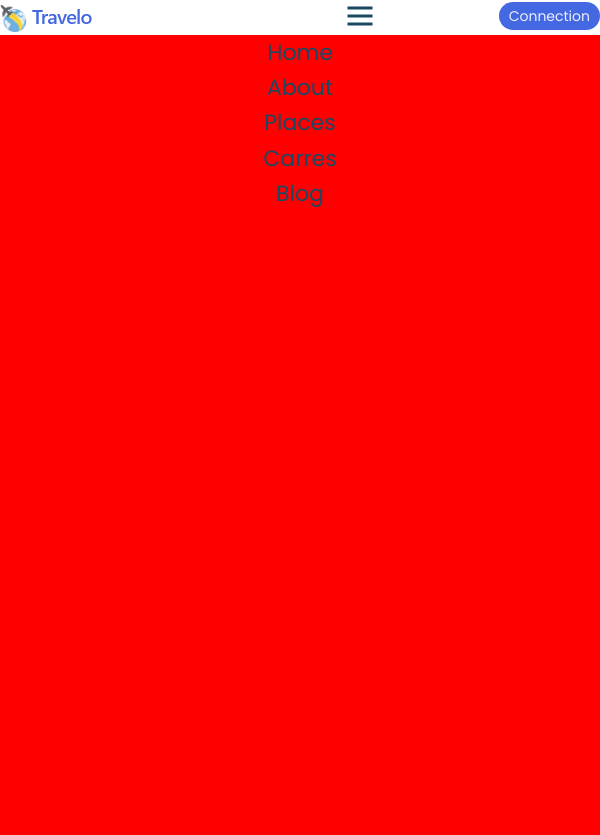
Repository: kuluong2000/travel
Page: index.html
These files come from the project's save history. The page is drawn as it stood at one moment and after the next save; the edit follows.
The browser window is 600 px wide. The pictures show the whole page.
The style sheet was rebuilt from its Sass, Less or Tailwind sources for each picture, by a compiler version that may differ from the author's.

Above is the page before, as saved 2021-09-03 22:29:44.

### index.html
<!DOCTYPE html>
<html lang="en">
  <head>
    <meta charset="UTF-8" />
    <meta http-equiv="X-UA-Compatible" content="IE=edge" />
    <meta name="viewport" content="width=device-width, initial-scale=1.0" />
    <link rel="stylesheet" href="./libs/css/bootstrap.min.css" />
    <link rel="stylesheet" href="./libs/css/animate.css" />
    <link rel="stylesheet" href="./libs/css/slick-theme.css" />
    <link rel="stylesheet" href="./libs/css/slick.css" />
    <link rel="stylesheet" href="./assets/css/reset.css" />
    <link rel="stylesheet" href="./assets/css/style.css" />
    <link rel="stylesheet" href="./assets/css/responsive.css" />
    <title>Document</title>
  </head>
  <body>
    <header class="header">
      <div class="container">
        <div class="row">
          <div class="header__main">
            <div class="header__logo">
              <a href="/">
                <img src="./assets/image/logo.png" alt="" srcset="" />
              </a>
            </div>
            <div class="sub-menu">
              <div class="line1"></div>
              <div class="line2"></div>
              <div class="line3"></div>
            </div>
            <nav>
              <ul class="header__menu">
                <li class="header__menu__item">
                  <a class="header__mennu__item__link" href="/">Home</a>
                </li>
                <li class="header__menu__item">
                  <a class="header__mennu__item__link" href="/">About</a>
                </li>
                <li class="header__menu__item">
                  <a class="header__mennu__item__link" href="/">Places</a>
                </li>
                <li class="header__menu__item">
                  <a class="header__mennu__item__link" href="/">Carres</a>
                </li>
                <li class="header__menu__item">
                  <a class="header__mennu__item__link" href="/">Blog</a>
                </li>
              </ul>
            </nav>
            <a href="#" class="header__conn"> Connection </a>
          </div>
        </div>
      </div>
    </header>

    <script src="./libs/Js/jquery-3.5.1.slim.min.js"></script>
    <script src="./libs/Js/bootstrap.min.js"></script>
    <script src="./libs/Js/slick.min.js"></script>
    <script src="./libs/Js/wow.js"></script>
  </body>
</html>

### assets/css/reset.css
html, body, div, span, applet, object, iframe,
h1, h2, h3, h4, h5, h6, p, blockquote, pre,
a, abbr, acronym, address, big, cite, code,
del, dfn, em, img, ins, kbd, q, s, samp,
small, strike, strong, sub, sup, tt, var,
b, u, i, center,
dl, dt, dd, ol, ul, li,
fieldset, form, label, legend,
table, caption, tbody, tfoot, thead, tr, th, td,
article, aside, canvas, details, embed,
figure, figcaption, footer, header, hgroup,
menu, nav, output, ruby, section, summary,
time, mark, audio, video {
	margin: 0;
	padding: 0;
	border: 0;
	font-size: 100%;
	vertical-align: baseline;
}
/* HTML5 display-role reset for older browsers */
article, aside, details, figcaption, figure,
footer, header, hgroup, menu, nav, section {
	display: block;
}
* {
	box-sizing: border-box;
}
body {
	line-height: 1;
  font-family: 'Muli', sans-serif;


  font-style: normal;
  font-weight: normal;
  font-size: 16px;
  line-height: 32px;
}
ol, ul {
	list-style: none;
}
blockquote, q {
	quotes: none;
}
blockquote:before, blockquote:after,
q:before, q:after {
	content: '';
	content: none;
}
table {
	border-collapse: collapse;
	border-spacing: 0;
}

img {
  max-width: 100%;
	vertical-align: bottom;
}
a {
	outline: none;
}

### assets/css/responsive.css

@media (min-width:1920px){
    .container{
        max-width: 1804px;
    }
}
@media (min-width:1400px) and (max-width:1919px){

}
@media (min-width:1200px) and (max-width:1399px){

}
@media (min-width:992px) and (max-width:1199px){
    .header__menu__item:not(:first-child) {
        margin-left: 65px;
    }
}
@media (min-width:768px) and (max-width:991px){
    .header__menu__item:not(:first-child) {
        margin-left: 25px;
    }
    .header__conn {

        font-size: 16px;
        padding: 3px 10px;
    }
}
@media  (max-width:767px){
    .container{
        max-width: 100%;

        margin:0 ;
    }
    .header__main {
        padding: 0;
    }
    .header__menu {
        position: absolute;
        flex-direction: column;
        background: red;
        width: 100%;
        height: 100vh;
        left: 0;
        top: 35px;
        justify-content: unset;
    }
    .sub-menu{
        display: block;
        left: 60%;
        top: 50%;
        transform: translate(-50%,-50%);
    }
    .header__menu__item:not(:first-child) {
        margin-left: 0;
    }

    .header__conn {
        font-size: 14px;
        padding: 3px 10px;
    }
}

### assets/sass/style.scss
@import "global";
@import "variable";
@import "header";

### assets/sass/_global.scss
@import url('https://fonts.googleapis.com/css2?family=Montserrat:wght@300;400;500;600;700;800;900&family=Poppins:wght@300;400;500;600;700;800;900&display=swap');
*{
    padding: 0;
    margin: 0;
    box-sizing: border-box;
}
body{
    font-family: 'Poppins', sans-serif;
    line-height: 1.6;
    font-size: 20px;

}

### assets/sass/_variable.scss
$color-white:#FFFFFF;
$color-dark-blue:#1C4961;
$color-blue:#4468E2;
$color-light-blue:#E1E8F8;
$color-black:#000000;
$color-text:#163235;
$color-gray:#848484

### assets/sass/_header.scss
.header{
    position: relative;
    &__main{
        display:flex;
        justify-content: space-between;
        align-items: center;
        padding:20px 0

    }
    &__logo{
        display: inline-block;

    }
    &__menu{
        display:flex;
        justify-content: space-between;
        align-items: center;

    }
    &__menu__item:not(:first-child){
        margin-left: 82px;
    }
    &__mennu__item__link{
        text-decoration: none;
        color: $color-dark-blue;
        font-size: 22px;
        position: relative;
        &::after{
            content: '';
            position: absolute;
            width: 100%;
            height: 2px;
            background-color: $color-blue;
            left: 0;
            bottom: 0;
            transition: 0.5s;
            transform: scale(0);
        }
        &:hover::after{
            transform: scale(1);
        }
    }
    &__conn{
        text-decoration: none;
        background-color: $color-blue;
        color:rgba($color-white, $alpha: 0.9) ;
        font-size: 19px;
        border-radius: 25px;
        padding:5px 15px;
        transition: 0.5s;

        &:hover{
             color:rgba($color-white, $alpha: 1) ;
            background-color: $color-dark-blue;
        }
    }
}
.sub-menu{
    position: absolute;
    display: none;
}
.sub-menu div {
    cursor: pointer;
    width: 25px;
    height: 3px;
    background-color: $color-dark-blue;
    margin: 5px;
    transition: transform 0.5s linear;
}
.active .line1{
    transform:  rotate(-45deg) translate(-5px,6px);
}
.active .line2{
    opacity: 0;
}
.active .line3{
    transform: rotate(45deg) translate(-5px, -6px);
}

Loaded but not shown: libs/css/bootstrap.min.css (library); libs/css/animate.css (library); libs/css/slick-theme.css (library); libs/css/slick.css (common file); libs/Js/jquery-3.5.1.slim.min.js (library); libs/Js/bootstrap.min.js (library); libs/Js/slick.min.js (library); libs/Js/wow.js (library)

After the next save:
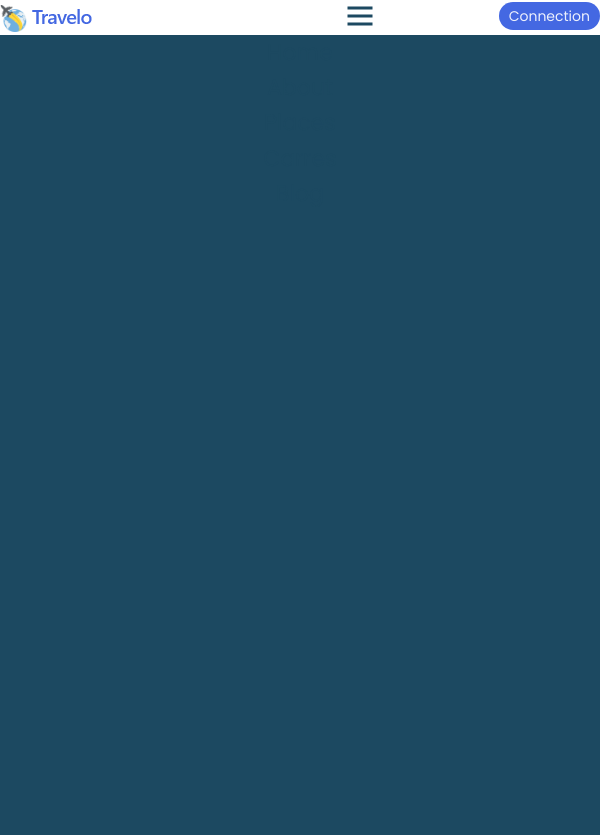
Saved 27 s later.
--- a/assets/css/responsive.css
+++ b/assets/css/responsive.css
@@ -37,7 +37,7 @@
     .header__menu {
         position: absolute;
         flex-direction: column;
-        background: red;
+        background: #1C4961;
         width: 100%;
         height: 100vh;
         left: 0;
